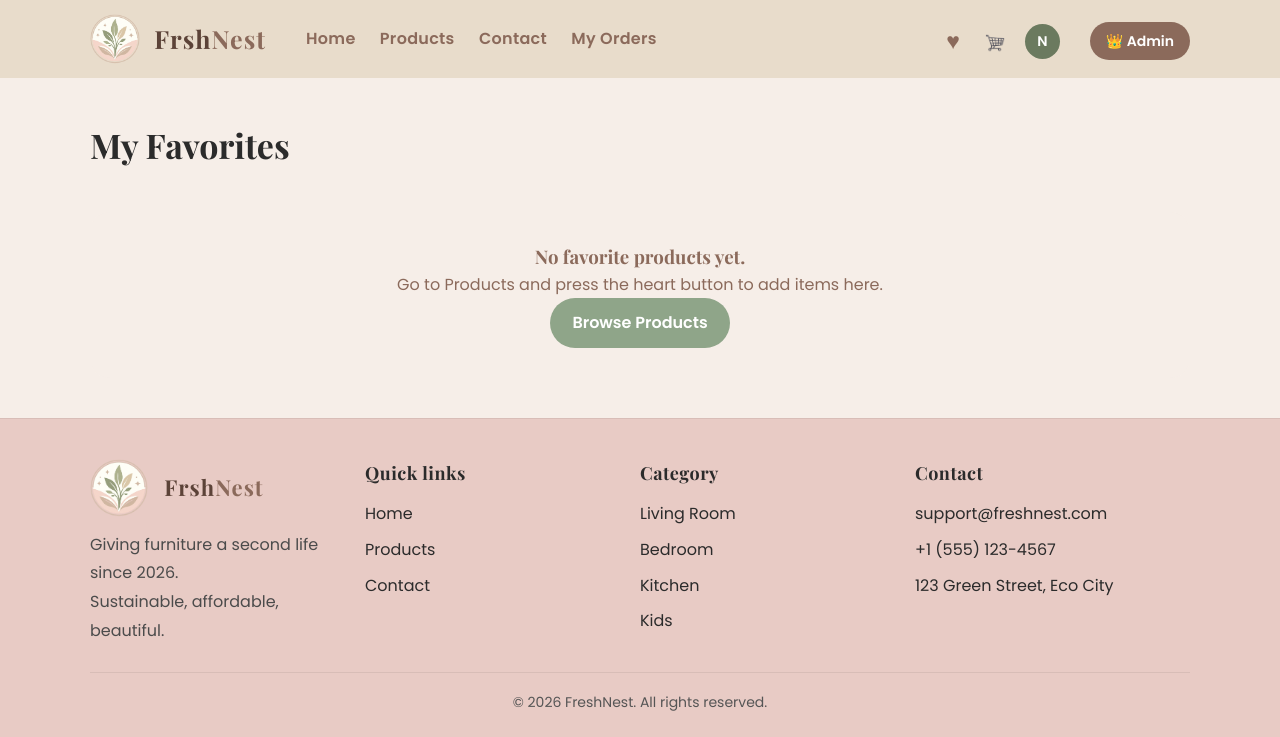
Repository: superiorshipet/php_edit
Page: http://localhost/favorites.php
The author's editor kept a copy of each file at every save. The page is drawn from the files as they stood at one save, then again after the next save.
The browser window is 1280 px wide. The pictures show the whole page.
The page is run by PHP 8.4 with error messages shown; the project is at /var/www/html/. The session is filled in as if someone had signed in: {"user_id": 1, "user_name": "Norah"}. Other server files are loaded and not shown. The database holds what the project's SQL file puts in it.

Above is the page before, as saved 2026-05-08 19:48:18.

### favorites.php
<?php
session_start();
require_once __DIR__ . '/config.php';$fav_count = 0;
if (isset($_SESSION['user_id'])) {
    $fav_user_id = $_SESSION['user_id'];
    $fav_count_query = "SELECT COUNT(*) AS total FROM favorites WHERE user_id = $fav_user_id";
    $fav_count_result = mysqli_query($conn, $fav_count_query);
    if ($fav_count_result) {
        $fav_count_row = mysqli_fetch_assoc($fav_count_result);
        $fav_count = $fav_count_row['total'];
    }
}


if (!isset($_SESSION['user_id'])) {
    header("Location: login.php");
    exit();
}

$user_id = $_SESSION['user_id'];

$query = "SELECT products.*
          FROM products
          INNER JOIN favorites
          ON products.product_id = favorites.product_id
          WHERE favorites.user_id = $user_id";

$result = mysqli_query($conn, $query);
?>

<!DOCTYPE html>
<html lang="en">
<head>
<meta charset="utf-8"/>
<meta name="viewport" content="width=device-width, initial-scale=1.0"/>
<title>FreshNest - Favorites</title>
<link rel="stylesheet" href="css/style.css"/>

<style>
.product-img-box{
    position:relative;
}

.product-img-box img{
    display:block;
}

.remove-fav{
    display:inline-block;
    margin-top:10px;
    padding:10px 16px;
    background:#E8DCCB;
    color:#8B6A5B;
    border-radius:30px;
    text-decoration:none;
    font-weight:bold;
    border:1px solid #8B6A5B;
}

.remove-fav:hover{
    background:#8B6A5B;
    color:#ffffff;
}

.empty-box{
    background:#F6EEE8;
    padding:30px;
    border-radius:20px;
    text-align:center;
    color:#8B6A5B;
}
</style>
</head>

<body>

<div class="header">
    <div class="container row">
        <a class="brand" href="index.php">
            <img src="images/logo.png" alt="FreshNest Logo"/>
            <span class="name"><span class="fresh">Frsh</span><span class="nest">Nest</span></span>
        </a>

        <div class="nav">
            <a href="index.php">Home</a>
            <a href="products.php">Products</a>
            <a href="contact.php">Contact</a>
            <a href="orders.php">My Orders</a>
        </div>

        <div class="header-right">
            <a class="header-fav" href="favorites.php">♥<?php if ($fav_count > 0) { ?><span class="fav-count"><?php echo $fav_count; ?></span><?php } ?></a>
            <a class="icon-btn" href="cart.php"><img src="images/icon-cart.png" class="cart-icon" alt="Cart"/></a>
            <?php if(isset($_SESSION['user_id']) && isset($_SESSION['user_name'])): ?>
    <a href="profile.php" class="user-avatar" style="text-decoration: none;">
        <?php echo strtoupper(substr($_SESSION['user_name'], 0, 1)); ?>
    </a>
<?php else: ?>
    <a class="login-link" href="login.php" style="text-decoration: none;">login</a>
<?php endif; ?>


    <a href="admin/login.php" style="background:#8B6A5B; color:white; padding:8px 16px; border-radius:25px; text-decoration:none; font-size:14px; font-weight:bold; margin-left:15px;">👑 Admin</a>
        </div>
    </div>
</div>

<div class="section">
    <div class="container">

        <div class="page-head">
            <h1 class="page-title">My Favorites</h1>
        </div>

        <div class="product-grid">
            <?php
            if ($result && mysqli_num_rows($result) > 0) {
                while ($row = mysqli_fetch_row($result)) {
            ?>
                    <div class="card">
                        <div class="product-img-box">
                            <img src="<?php echo $row[3]; ?>" alt="<?php echo $row[1]; ?>"/>
                        </div>

                        <h3><?php echo $row[1]; ?></h3>

                        <div class="meta">
                            <span class="price">$<?php echo $row[2]; ?></span><br/>
                            <span class="badge"><?php echo $row[4]; ?></span>
                        </div>

                        <a class="btn" href="product-details.php?product_id=<?php echo $row[0]; ?>">View Details</a>
                        <a class="remove-fav" href="remove_favorite.php?product_id=<?php echo $row[0]; ?>">Remove</a>
                    </div>
            <?php
                }
            } else {
                echo "<div class='empty-box'><h3>No favorite products yet.</h3><p>Go to Products and press the heart button to add items here.</p><a class='btn' href='products.php'>Browse Products</a></div>";
            }
            ?>
        </div>

    </div>
</div>

<div class="footer">
    <div class="container footer-grid">

        <div>
            <a class="brand" href="index.php">
                <img src="images/logo.png" alt="FreshNest Logo"/>
                <span class="name"><span class="fresh">Frsh</span><span class="nest">Nest</span></span>
            </a>
            <p class="muted">Giving furniture a second life since 2026.<br/>Sustainable, affordable, beautiful.</p>
        </div>

        <div>
            <h4>Quick links</h4>
            <ul>
                <li><a href="index.php">Home</a></li>
                <li><a href="products.php">Products</a></li>
                <li><a href="contact.php">Contact</a></li>
            </ul>
        </div>

        <div>
            <h4>Category</h4>
            <ul>
<li><a href="products.php?category_id=1">Living Room</a></li>
<li><a href="products.php?category_id=2">Bedroom</a></li>
<li><a href="products.php?category_id=4">Kitchen</a></li>
<li><a href="products.php?category_id=3">Kids</a></li>
            </ul>
        </div>

        <div>
            <h4>Contact</h4>
            <ul>
                <li><a href="mailto:support@freshnest.com">support@freshnest.com</a></li>
                <li>+1 (555) 123-4567</li>
                <li>123 Green Street, Eco City</li>
            </ul>
        </div>

    </div>

    <div class="container footer-bottom">© 2026 FreshNest. All rights reserved.</div>
</div>

</body>
</html>

<?php
mysqli_close($conn);
?>

### config.php
<?php
// Database configuration - Centralized file
define('DB_HOST', 'localhost');
define('DB_USER', 'root');
define('DB_PASS', '');
define('DB_NAME', 'project_data1');
define('DB_PORT', 3307);

// Create connection function for consistent usage
function getConnection() {
    $conn = mysqli_connect(DB_HOST, DB_USER, DB_PASS, DB_NAME, DB_PORT);
    if (!$conn) {
        die("Connection failed: " . mysqli_connect_error());
    }
    mysqli_set_charset($conn, 'utf8mb4');
    return $conn;
}

// For backward compatibility with existing code
$conn = getConnection();
?>

### database/project_data1.sql (the tables this page reads)
CREATE TABLE `favorites` (
  `id` int(11) NOT NULL,
  `user_id` int(11) NOT NULL,
  `product_id` int(11) NOT NULL
) ENGINE=InnoDB DEFAULT CHARSET=utf8mb4 COLLATE=utf8mb4_general_ci;

INSERT INTO `favorites` (`id`, `user_id`, `product_id`) VALUES
(7, 4, 2),
(8, 4, 1);

ALTER TABLE `favorites`
  ADD PRIMARY KEY (`id`);

ALTER TABLE `favorites`
  MODIFY `id` int(11) NOT NULL AUTO_INCREMENT, AUTO_INCREMENT=12;

CREATE TABLE `products` (
  `product_id` int(11) NOT NULL,
  `name` varchar(100) DEFAULT NULL,
  `price` decimal(10,2) DEFAULT NULL,
  `image` varchar(255) DEFAULT NULL,
  `product_condition` varchar(50) DEFAULT NULL,
  `category_id` int(11) DEFAULT NULL,
  `stock` int(11) NOT NULL,
  `description` text NOT NULL
) ENGINE=InnoDB DEFAULT CHARSET=utf8mb4 COLLATE=utf8mb4_general_ci;

INSERT INTO `products` (`product_id`, `name`, `price`, `image`, `product_condition`, `category_id`, `stock`, `description`) VALUES
(1, 'Mid-Century Sofa', 400.00, 'images/sofa-details.jpg', 'Refurbished', 1, 6, 'A stylish mid-century inspired sofa built with a durable wooden frame and premium upholstery fabric. This refurbished piece has been professionally restored to ensure comfort and long-lasting quality while preserving its classic aesthetic appeal.'),
(2, 'Vintage Coffee Table', 189.00, 'images/coffee-table-details.jpg', 'Like New', 1, 7, 'A charming coffee table with a warm finish and classic design. It is perfect for serving drinks, displaying books, or completing your living room style.'),
(3, 'Oak Bookshelf', 245.00, 'images/bookshelf-details.jpg', 'Pre-loved', 1, 6, 'A practical oak bookshelf with a natural finish and generous storage space. Ideal for books, plants, and decorative pieces in any modern home.'),
(4, 'Green Armchair', 199.00, 'images/armchair-details.jpg', 'Refurbished', 1, 7, 'A cozy armchair with a modern curved shape and comfortable seat. This refurbished piece is ideal for reading corners, bedrooms, and stylish living spaces.'),
(5, 'Oak Bed Frame', 429.00, 'images/bed-details.jpg', 'Refurbished', 2, 7, 'A clean and elegant bed frame designed for comfort and durability. Its soft curves and neutral tone make it a perfect centerpiece for a relaxing bedroom.'),
(6, 'Wooden Nightstand', 129.00, 'images/nightstand-details.jpg', 'Like New', 2, 7, 'A compact wooden nightstand with practical drawers and a warm natural finish. Perfect for keeping bedside essentials organized while adding charm to your room.'),
(7, 'Classic Dresser', 299.00, 'images/dresser-details.jpg', 'Pre-loved', 2, 4, 'A spacious dresser with a clean design and multiple drawers for storage. This pre-loved piece is practical, stylish, and suitable for any bedroom.'),
(8, 'Study Desk for Kids', 159.00, 'images/study-desk-details.jfif', 'Like New', 3, 6, 'A simple and useful desk for children\'s study areas. It provides a comfortable space for reading, drawing, and homework with a clean modern look.'),
(9, 'Playroom Furniture Set', 279.00, 'images/playroom-set-details.jpg', 'Pre-loved', 3, 2, 'A playful furniture set designed for children’s rooms and activity spaces. It brings storage, comfort, and a cheerful look to any playroom.'),
(10, 'Kids Bed', 319.00, 'images/kids-bed-details.jpg', 'Refurbished', 3, 4, 'A soft and safe children’s bed designed with comfort in mind. Its simple design and gentle finish make it perfect for a calm and cozy bedroom.'),
(11, 'Kids Wardrobe', 249.00, 'images/kids-wardrobe-details.jfif', 'Like New', 3, 7, 'A bright and practical wardrobe designed for children\'s clothing and toys. It provides useful storage while keeping the bedroom neat and organized.'),
(12, 'Dining Table', 399.00, 'images/dining-table-details.webp', 'Refurbished', 4, 3, 'A beautiful dining table with a clean modern design and sturdy base. It is ideal for family meals, gatherings, and stylish dining spaces.'),
(13, 'Serving Cart', 179.00, 'images/serving-cart-details.webp', 'Like New', 4, 5, 'A practical serving cart with shelves and wheels for easy movement. It is great for kitchens, dining rooms, and stylish home organization.'),
(14, 'Buffet Table', 289.00, 'images/buffet-table-details.webp', 'Pre-loved', 4, 4, 'A stylish buffet table with ample storage and a sleek design. Perfect for dining rooms to store dishes, linens, and display decorative items.');

ALTER TABLE `products`
  ADD PRIMARY KEY (`product_id`),
  ADD KEY `category_id` (`category_id`);

ALTER TABLE `products`
  MODIFY `product_id` int(11) NOT NULL AUTO_INCREMENT, AUTO_INCREMENT=17;

ALTER TABLE `products`
  ADD CONSTRAINT `products_ibfk_1` FOREIGN KEY (`category_id`) REFERENCES `category` (`category_id`);

Loaded but not shown: css/style.css (413 lines, source omitted)

After the next save:
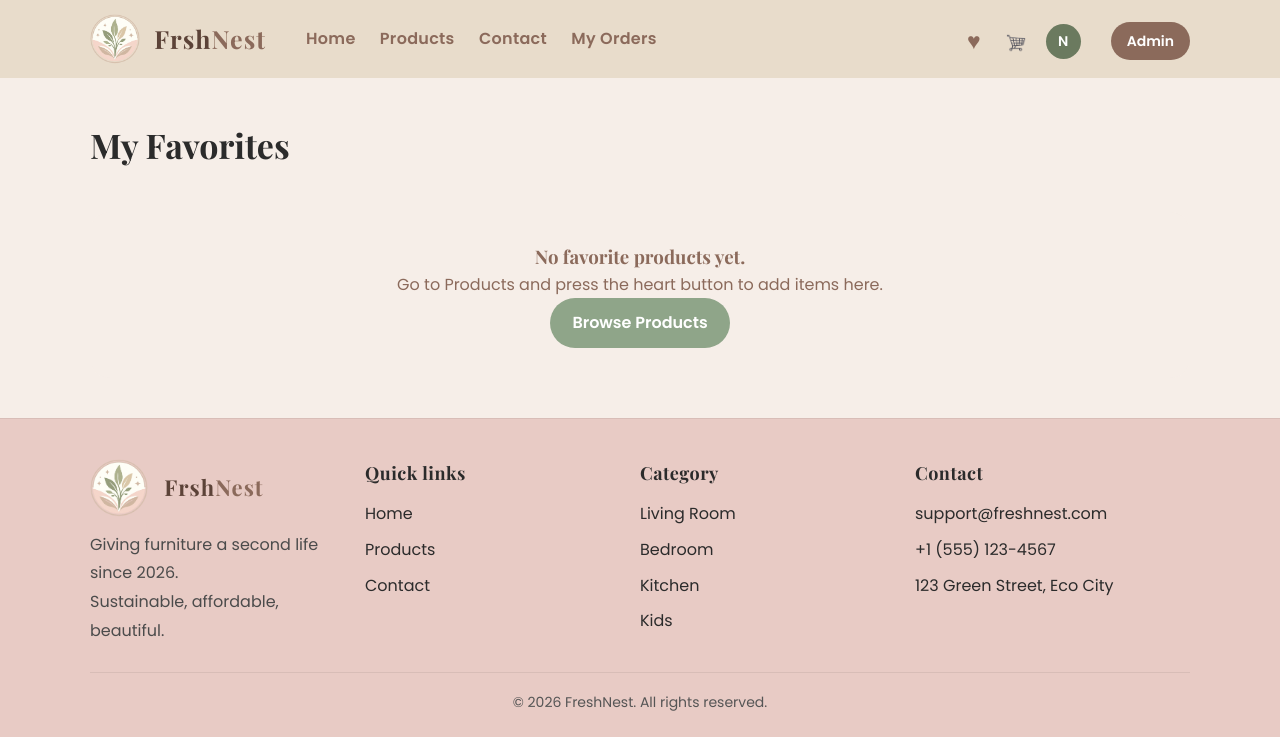
Saved 5 s later.
--- a/favorites.php
+++ b/favorites.php
@@ -100,7 +100,7 @@ $result = mysqli_query($conn, $query);
 <?php endif; ?>
 
 
-    <a href="admin/login.php" style="background:#8B6A5B; color:white; padding:8px 16px; border-radius:25px; text-decoration:none; font-size:14px; font-weight:bold; margin-left:15px;">👑 Admin</a>
+    <a href="admin/login.php" style="background:#8B6A5B; color:white; padding:8px 16px; border-radius:25px; text-decoration:none; font-size:14px; font-weight:bold; margin-left:15px;">  Admin</a>
         </div>
     </div>
 </div>
